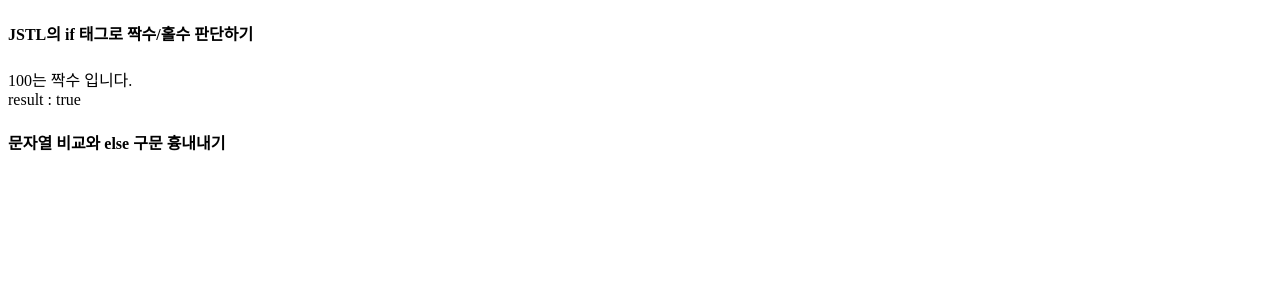
Repository: jjunyuongv/JSP_Servlet
Page: http://localhost/MustHHaveJSP/11JSTL/core/If.jsp
An editor plug-in stored every save of this project. The page is shown before and after the next save, followed by the edit.
The browser window is 1280 px wide. The pictures show the whole page.
The page is served by Tomcat 10. Other server files are loaded and not shown.

Above is the page before, as saved 2025-05-12 08:10:14.

### MustHHaveJSP/src/main/webapp/11JSTL/core/If.jsp
<%@ page language="java" contentType="text/html; charset=UTF-8"
    pageEncoding="UTF-8"%>
<%@ taglib prefix="c" uri="http://java.sun.com/jsp/jstl/core" %>
<!DOCTYPE html>
<html>
	<head>
	<meta charset="UTF-8">
	<title>JSTL - if</title>
	</head>
	<body>
		<c:set var="number" value="100" />
		<c:set var="string" value="JSP" />

		<h4>JSTL의 if 태그로 짝수/홀수 판단하기</h4>
		<c:if test="${ number mod 2 eq 0 }" var="result">
			${ number }는 짝수 입니다. <br />
		</c:if>
		result : ${ result } <br />

		<h4>문자열 비교와 else 구문 흉내내기</h4>
	</body>
</html>

After the next save:
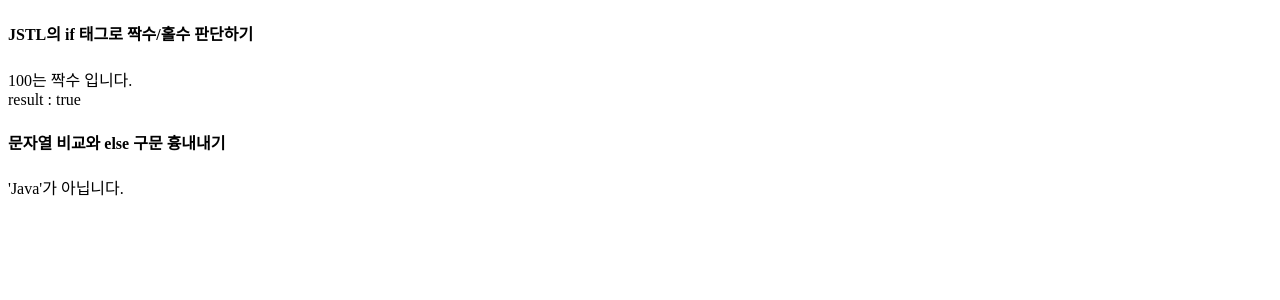
Saved 54 s later.
--- a/MustHHaveJSP/src/main/webapp/11JSTL/core/If.jsp
+++ b/MustHHaveJSP/src/main/webapp/11JSTL/core/If.jsp
@@ -18,5 +18,11 @@
 		result : ${ result } <br />
 
 		<h4>문자열 비교와 else 구문 흉내내기</h4>
+		<c:if test="${ not result2 }">
+			'Java'가 아닙니다. <br />
+		</c:if>
+
+
+
 	</body>
 </html>
